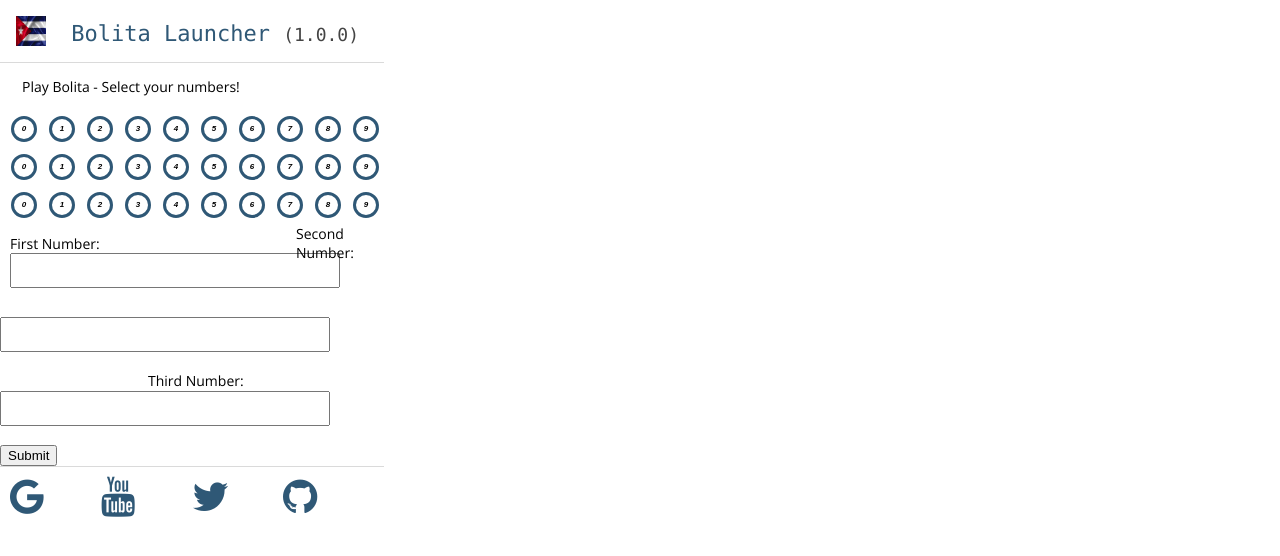
Repository: markymark617/BolitaChromeExtension
Page: popup.html
An editor plug-in stored every save of this project. The page is shown before and after the next save, followed by the edit.
The browser window is 1280 px wide. The pictures show the whole page.

Above is the page before, as saved 2020-09-06 14:27:37.

### popup.html
<!DOCTYPE html>
<html lang="en">
<head>
    <meta charset="UTF-8">
    <meta name="viewport" content="width=device-width, initial-scale=1.0">
    <meta http-equiv="X-UA-Compatible" content="ie=chrome">
    <title>Bolita Launcher</title>
    <link rel="stylesheet" href="https://fonts.googleapis.com/css?family=Open+Sans" type="text/css">
    <link rel="stylesheet" href="popup.css">
    <link href="https://maxcdn.bootstrapcdn.com/font-awesome/4.7.0/css/font-awesome.min.css" rel="stylesheet" integrity="sha384-wvfXpqpZZVQGK6TAh5PVlGOfQNHSoD2xbE+QkPxCAFlNEevoEH3Sl0sibVcOQVnN" crossorigin="anonymous"/>

</head>

<body>
    <div class="modal-header">
        <h1 class="logo">
            <img src="images/bolita_logo.png" alt="Bolita_Launcher_logo" class="logo-icon"> Bolita Launcher <span class="version">(1.0.0)</span>
        </h1>
    </div>
    <div class="modal-content">
        <p>Play Bolita - Select your numbers!</p>
    </div>


    <div class="ball-icons">

        <div class="flex-container paddedDiv firstBet" id="firstRow">

            <button id="first-zero" value='0' class="btnFirstBet">
                <div class="flex circle">
                    <div class="fa-stack fa-2x">
                        <i class="fa fa-stack-2x fa-inverse"></i>
                        <i class="fa-stack-1x fa-stack-text">0</i>
                    </div>
                </div>
            </button>

            <button id="first-one" value='1' class="btnFirstBet">
                <div class="flex circle">
                    <div class="fa-stack fa-2x">
                        <i class="fa fa-stack-2x fa-inverse"></i>
                        <i class="fa-stack-1x fa-stack-text">1</i>
                    </div>
                </div>
            </button>


            <button id="first-two" value='2' class="btnFirstBet">
                <div class="flex circle">
                    <div class="fa-stack fa-2x">
                        <i class="fa fa-stack-2x fa-inverse"></i>
                        <i class="fa-stack-1x fa-stack-text">2</i>
                    </div>
                </div>
            </button>


            <button id="first-three" value='3' class="btnFirstBet">
                <div class="flex circle">
                    <div class="fa-stack fa-2x">
                        <i class="fa fa-stack-2x fa-inverse"></i>
                        <i class="fa-stack-1x fa-stack-text">3</i>
                    </div>
                </div>
            </button>


            <button id="first-four" value='4' class="btnFirstBet">
                <div class="flex circle">
                    <div class="fa-stack fa-2x">
                        <i class="fa fa-stack-2x fa-inverse"></i>
                        <i class="fa-stack-1x fa-stack-text">4</i>
                    </div>
                </div>
            </button>


            <button id="first-five" value='5' class="btnFirstBet">
                <div class="flex circle">
                    <div class="fa-stack fa-2x">
                        <i class="fa fa-stack-2x fa-inverse"></i>
                        <i class="fa-stack-1x fa-stack-text">5</i>
                    </div>
                </div>
            </button>


            <button id="first-six" value='6' class="btnFirstBet">
                <div class="flex circle">
                    <div class="fa-stack fa-2x">
                        <i class="fa fa-stack-2x fa-inverse"></i>
                        <i class="fa-stack-1x fa-stack-text">6</i>
                    </div>
                </div>
            </button>


            <button id="first-seven" value='7' class="btnFirstBet">
                <div class="flex circle">
                    <div class="fa-stack fa-2x">
                        <i class="fa fa-stack-2x fa-inverse"></i>
                        <i class="fa-stack-1x fa-stack-text">7</i>
                    </div>
                </div>
            </button>


            <button id="first-eight" value='8' class="btnFirstBet">
                <div class="flex circle">
                    <div class="fa-stack fa-2x">
                        <i class="fa fa-stack-2x fa-inverse"></i>
                        <i class="fa-stack-1x fa-stack-text">8</i>
                    </div>
                </div>
            </button>


            <button id="first-nine" value='9' class="btnFirstBet">
                    <div class="flex circle">
                        <div class="fa-stack fa-2x">
                                <i class="fa fa-stack-2x fa-inverse"></i>
                                <i class="fa-stack-1x fa-stack-text">9</i>
                        </div>
                    </div>
            </button>

        </div>

<!-- second row-->

        <div class="flex-container paddedDiv secondBet" id="secondRow">

            <button id="second-zero" value='0' class="btnSecondBet">
                <div class="flex circle">
                    <div class="fa-stack fa-2x">
                        <i class="fa fa-stack-2x fa-inverse"></i>
                        <i class="fa-stack-1x fa-stack-text">0</i>
                    </div>
                </div>
            </button>

            <button id="second-one" value='1' class="btnSecondBet">
                <div class="flex circle">
                    <div class="fa-stack fa-2x">
                        <i class="fa fa-stack-2x fa-inverse"></i>
                        <i class="fa-stack-1x fa-stack-text">1</i>
                    </div>
                </div>
            </button>


            <button id="second-two" value='2' class="btnSecondBet">
                <div class="flex circle">
                    <div class="fa-stack fa-2x">
                        <i class="fa fa-stack-2x fa-inverse"></i>
                        <i class="fa-stack-1x fa-stack-text">2</i>
                    </div>
                </div>
            </button>


            <button id="second-three" value='3' class="btnSecondBet">
                <div class="flex circle">
                    <div class="fa-stack fa-2x">
                        <i class="fa fa-stack-2x fa-inverse"></i>
                        <i class="fa-stack-1x fa-stack-text">3</i>
                    </div>
                </div>
            </button>


            <button id="second-four" value='4' class="btnSecondBet">
                <div class="flex circle">
                    <div class="fa-stack fa-2x">
                        <i class="fa fa-stack-2x fa-inverse"></i>
                        <i class="fa-stack-1x fa-stack-text">4</i>
                    </div>
                </div>
            </button>


            <button id="second-five" value='5' class="btnSecondBet">
                <div class="flex circle">
                    <div class="fa-stack fa-2x">
                        <i class="fa fa-stack-2x fa-inverse"></i>
                        <i class="fa-stack-1x fa-stack-text">5</i>
                    </div>
                </div>
            </button>


            <button id="second-six" value='6' class="btnSecondBet">
                <div class="flex circle">
                    <div class="fa-stack fa-2x">
                        <i class="fa fa-stack-2x fa-inverse"></i>
                        <i class="fa-stack-1x fa-stack-text">6</i>
                    </div>
                </div>
            </button>


            <button id="second-seven" value='7' class="btnSecondBet">
                <div class="flex circle">
                    <div class="fa-stack fa-2x">
                        <i class="fa fa-stack-2x fa-inverse"></i>
                        <i class="fa-stack-1x fa-stack-text">7</i>
                    </div>
                </div>
            </button>



            <button id="second-eight" value='8' class="btnSecondBet">
                <div class="flex circle">
                    <div class="fa-stack fa-2x">
                        <i class="fa fa-stack-2x fa-inverse"></i>
                        <i class="fa-stack-1x fa-stack-text">8</i>
                    </div>
                </div>
            </button>


            <button id="second-nine" value='9' class="btnSecondBet">
                    <div class="flex circle">
                        <div class="fa-stack fa-2x">
                                <i class="fa fa-stack-2x fa-inverse"></i>
                                <i class="fa-stack-1x fa-stack-text">9</i>
                        </div>
                    </div>
            </button>

        </div>

<!--Third Row-->

        <div class="flex-container paddedDiv thirdBet" id="thirdRow">

                <button id="third-zero" value='0' class="btnThirdBet">
                    <div class="flex circle">
                        <div class="fa-stack fa-2x">
                            <i class="fa fa-stack-2x fa-inverse"></i>
                            <i class="fa-stack-1x fa-stack-text">0</i>
                        </div>
                    </div>
                </button>

                <button id="third-one" value='1' class="btnThirdBet">
                    <div class="flex circle">
                        <div class="fa-stack fa-2x">
                            <i class="fa fa-stack-2x fa-inverse"></i>
                            <i class="fa-stack-1x fa-stack-text">1</i>
                        </div>
                    </div>
                </button>


                <button id="third-two" value='2' class="btnThirdBet">
                    <div class="flex circle">
                        <div class="fa-stack fa-2x">
                            <i class="fa fa-stack-2x fa-inverse"></i>
                            <i class="fa-stack-1x fa-stack-text">2</i>
                        </div>
                    </div>
                </button>


                <button id="third-three" value='3' class="btnThirdBet">
                    <div class="flex circle">
                        <div class="fa-stack fa-2x">
                            <i class="fa fa-stack-2x fa-inverse"></i>
                            <i class="fa-stack-1x fa-stack-text">3</i>
                        </div>
                    </div>
                </button>


                <button id="third-four" value='4' class="btnThirdBet">
                    <div class="flex circle">
                        <div class="fa-stack fa-2x">
                            <i class="fa fa-stack-2x fa-inverse"></i>
                            <i class="fa-stack-1x fa-stack-text">4</i>
                        </div>
                    </div>
                </button>


                <button id="third-five" value='5' class="btnThirdBet">
                    <div class="flex circle">
                        <div class="fa-stack fa-2x">
                            <i class="fa fa-stack-2x fa-inverse"></i>
                            <i class="fa-stack-1x fa-stack-text">5</i>
                        </div>
                    </div>
                </button>


                <button id="third-six" value='6' class="btnThirdBet">
                    <div class="flex circle">
                        <div class="fa-stack fa-2x">
                            <i class="fa fa-stack-2x fa-inverse"></i>
                            <i class="fa-stack-1x fa-stack-text">6</i>
                        </div>
                    </div>
                </button>


                <button id="third-seven" value='7' class="btnThirdBet">
                    <div class="flex circle">
                        <div class="fa-stack fa-2x">
                            <i class="fa fa-stack-2x fa-inverse"></i>
                            <i class="fa-stack-1x fa-stack-text">7</i>
                        </div>
                    </div>
                </button>



                <button id="third-eight" value='8' class="btnThirdBet">
                    <div class="flex circle">
                        <div class="fa-stack fa-2x">
                            <i class="fa fa-stack-2x fa-inverse"></i>
                            <i class="fa-stack-1x fa-stack-text">8</i>
                        </div>
                    </div>
                </button>


                <button id="third-nine" value='9' class="btnThirdBet">
                        <div class="flex circle">
                            <div class="fa-stack fa-2x">
                                    <i class="fa fa-stack-2x fa-inverse"></i>
                                    <i class="fa-stack-1x fa-stack-text">9</i>
                            </div>
                        </div>
                </button>

            </div>








    </div>




    <div class="modal-output">

            <form action="results.html" method="GET">
                <div class="row">
                    <div class="column">
                        <label for="firstBetInput">First Number:</label><br>
                        <input type="text" id="firstBetInput" name="firstBetInput"><br><br>
                    </div>
                    <div class="column"></div>
                        <label for="secondBetInput">Second Number:</label>
                        <input type="text" id="secondBetInput" name="secondBetInput"><br><br>
                    </div>
                    <div class="column"></div>
                        <label for="thirdBetInput">Third Number:</label>
                        <input type="text" id="thirdBetInput" name="thirdBetInput"><br><br>
                    </div>
                </div>

                    <input type="submit" value="Submit">
            </form>
        </div>

    <div class="modal-icons">
        <div class="flex-container">
            <div class="flex">
                <a href="https://www.google.com" target="_blank">
                    <i class="fa fa-google"></i>
                </a>
            </div>

            <div class="flex">
                <a href="https://www.youtube.com" target="_blank">
                    <i class="fa fa-youtube"></i>
                </a>
            </div>

            <div class="flex">
                <a href="https://www.twitter.com" target="_blank">
                    <i class="fa fa-twitter"></i>
                </a>
            </div>

            <div class="flex">
                <a href="https://www.github.com" target="_blank">
                    <i class="fa fa-github"></i>
                </a>
            </div>
        </div>
    </div>








    <script src="popup.js"></script>
</body>
</html>

### popup.css

    html,
    body {
        font-family : 'Open Sans', sans-serif;
        font-size: 14px;
        margin: 0;
        min-height: 180px;
        padding: 0;
        width: 384px;
    }

    h1 {
        font-family: 'Menlo', monospace;
        font-size: 22px;
        font-weight: 400;
        margin: 0;
        color: #2f5876;
    }

    a:link, a:visited {
        color: #000;
        outline: 0;
        text-decoration: none;
    }

    img {
        width: 30px;

    }

    .modal-header {
        align-items: center;
        border-bottom: 0.5px solid #dadada;
    }

    .modal-content {
        padding: 0 22px;
        align-items: center;
    }

    .modal-icons {
        border-top: 0.5px solid #dadada;
        height: 50px;
        width: 100%;
    }

    .logo {
        padding: 16px;
    }

    .logo-icon {
        vertical-align: text-bottom;
        margin-right: 12px;
    }

    .version {
        color: #444;
        font-size: 18px;
    }

    .flex-container {
        display: flex;
        justify-content: space-between;
        padding: 10px 10px;
    }

    .flex {
        opacity: 1;
        transition: opacity 0.2s ease-in-out;
        width: 120px
    }

    .flex:hover {
        opacity: 0.4;
    }

    .flex .fa {
        font-size: 40px;
        color: #2f5876;
    }

    .fa-stack-text {
        font-size: 8px;
        border:none;
        align-items: center;
        font-weight:bold;
    }

    .circle {
        display: flex;
        border: 3px solid #2f5876;
        border-radius: 100%;
        width: 20px;
        height: 20px;
        justify-content: center;
        align-items: center;

    }

    button {
        background: transparent;
        border:0;
        outline:none;

    }

    .paddedDiv {
        padding: 5px;
    }

    .column {
        float: left;
        width: 33.33%;
        padding: 10px;
      }

      /* Clear floats after the columns */
      .row:after {
        content: "";
        display: table;
        clear: both;
      }

      input[type="text"] {
        font-size:25px;
    }

### popup.js

document.querySelectorAll(".btnFirstBet").forEach(item => {
    item.addEventListener('click', event => {
        //handle click


        document.querySelectorAll(".btnFirstBet").forEach(item => {

                item.classList.remove("active");
                item.style.opacity=1;

        })

        item.style.opacity= 0.4;
        item.classList.add("active");

        //only 1 can be active at any given time

    })
});


document.querySelectorAll(".btnSecondBet").forEach(item => {
    item.addEventListener('click', event => {
        //handle click


        document.querySelectorAll(".btnSecondBet").forEach(item => {

                item.classList.remove("active");
                item.style.opacity=1;

        })

        item.style.opacity= 0.4;
        item.classList.add("active");

        //only 1 can be active at any given time

    })
});


document.querySelectorAll(".btnThirdBet").forEach(item => {
    item.addEventListener('click', event => {
        //handle click


        document.querySelectorAll(".btnThirdBet").forEach(item => {

                item.classList.remove("active");
                item.style.opacity=1;

        })

        item.style.opacity= 0.4;
        item.classList.add("active");

        //only 1 can be active at any given time

    })
});



/*


[document.querySelectorAll(".firstBet"), document.querySelector('.btnFirstBet')].forEach(item => {
    item.addEventListener('click', event => {
        //handle click
        item.style.opacity= 0.4;
        item.addClass("active");
    })
});


var elements = document.getElementsByClassName(".btnFirstBet");

[].forEach.call(elements, function(currElement) {
    currElemen
    currElement.style.opacity= 0.4;
    currElement.classList.add("active");
    console.log(currElement.tagName);
});


document.getElementsByClassName(".btnFirstBet").forEach(item => {
    item.addEventListener('click', event => {
        //handle click
        item.style.opacity= 0.4;
       // element.classList.add("active");
    })
})










var elements = document.querySelectorAll('.btnFirstBet');
for (var i = 0; i < elements.length; i++) {
    elements[i].classList.remove("active");
    elements[i].onclick = function (event) {
        console.log("ONCLICK");
        //remove all active class
        removeClass();
        if (event.elements[i].innerHTML === this.innerHTML) {
            console.log("IN IF");
            this.classList.add("active");
        }
    }
}

function removeClass(){
  for (var i = 0; i < elements.length; i++) {
    elements[i].classList.remove("active");
  }
}








*/

After the next save:
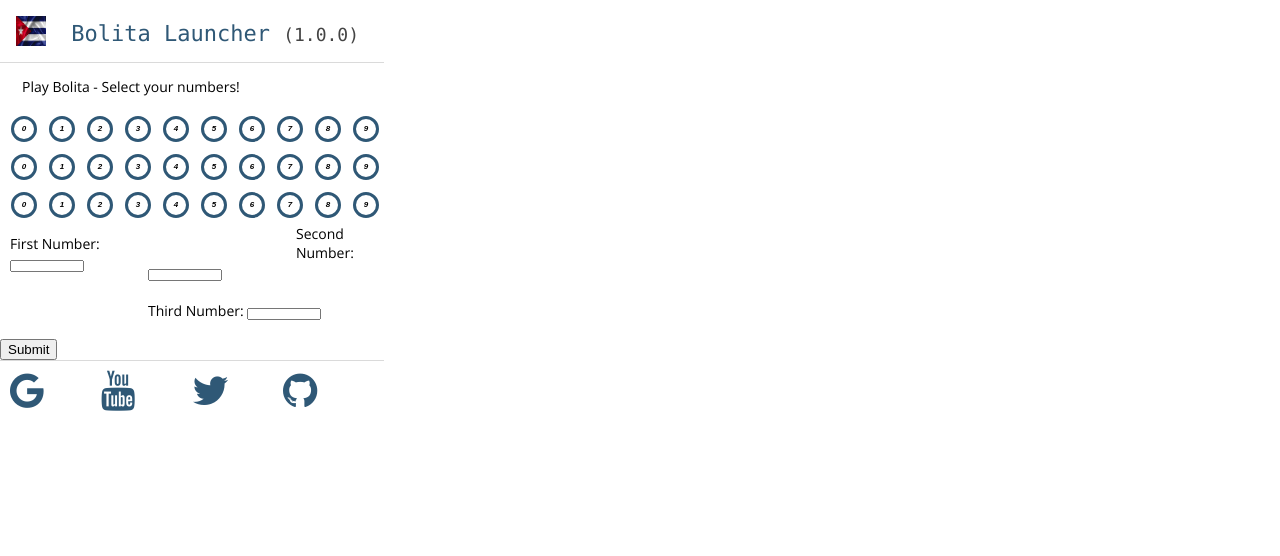
Saved 10 s later.
--- a/popup.css
+++ b/popup.css
@@ -122,5 +122,5 @@
       }
 
       input[type="text"] {
-        font-size:25px;
+        font-size:5px;
     }
